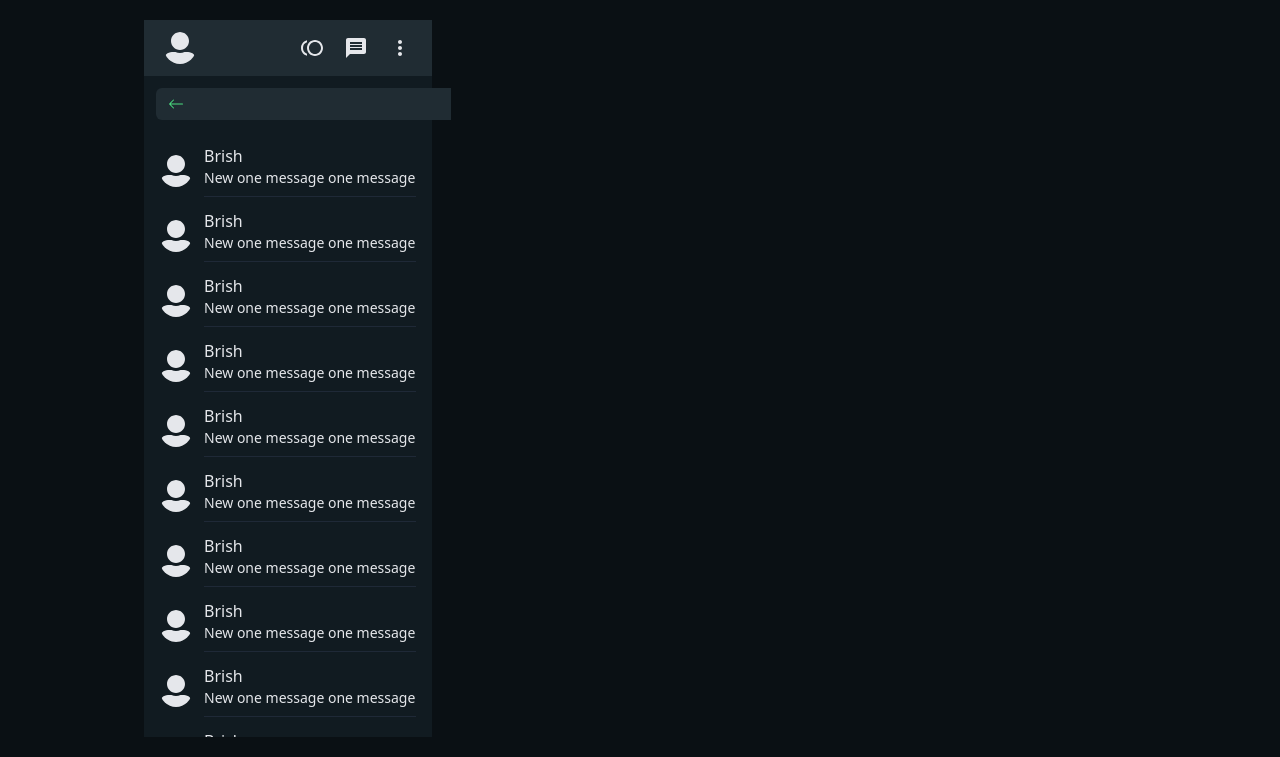
Repository: satya-ranjon/whatsapp-clone-dev
Page: /
An editor plug-in stored every save of this project. The page is shown before and after the next save, followed by the edit.
The browser window is 1280 px wide. The pictures show the whole page.
The project was rebuilt for these pictures with package versions that can differ from the ones it lists, and the page was loaded fresh each time.

Above is the page before, as saved 2022-04-09 07:22:56.

After the next save:
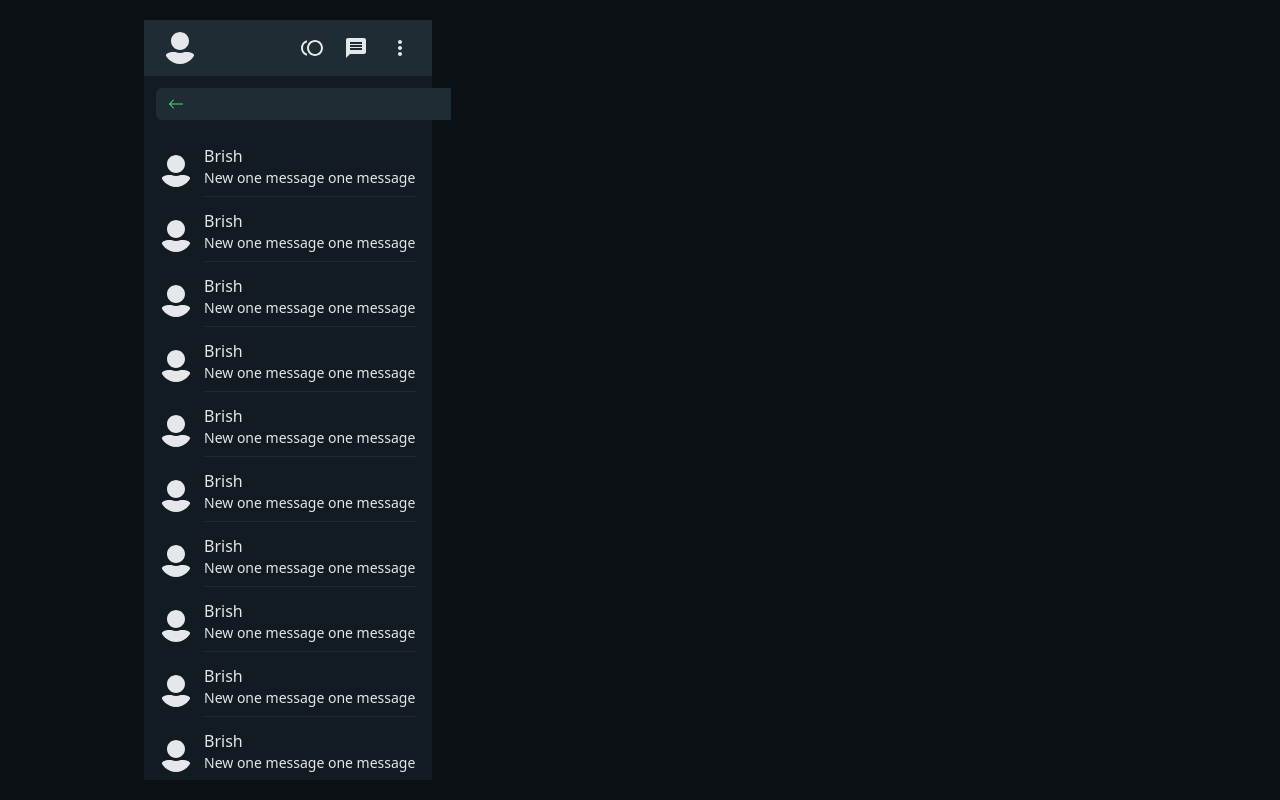
Saved 86 s later.
--- a/src/Components/SideBarUseList.jsx
+++ b/src/Components/SideBarUseList.jsx
@@ -35,7 +35,7 @@
           </label>
         </div>
       </div>
-      <div className="bg-[#111b21] overflow-y-scroll scroll-my-1 h-[84vh] scrollbar scrollbar-thumb-gray-400 scrollbar-thin text-gray-200 duration-500 transition-all">
+      <div className="bg-[#111b21] overflow-y-scroll scroll-my-1 h-[84vh] lg:h-[90vh] scrollbar scrollbar-thumb-gray-400 scrollbar-thin text-gray-200 duration-500 transition-all">
         {array.map((i, index) => (
           <div
             key={index}

After the save that followed:
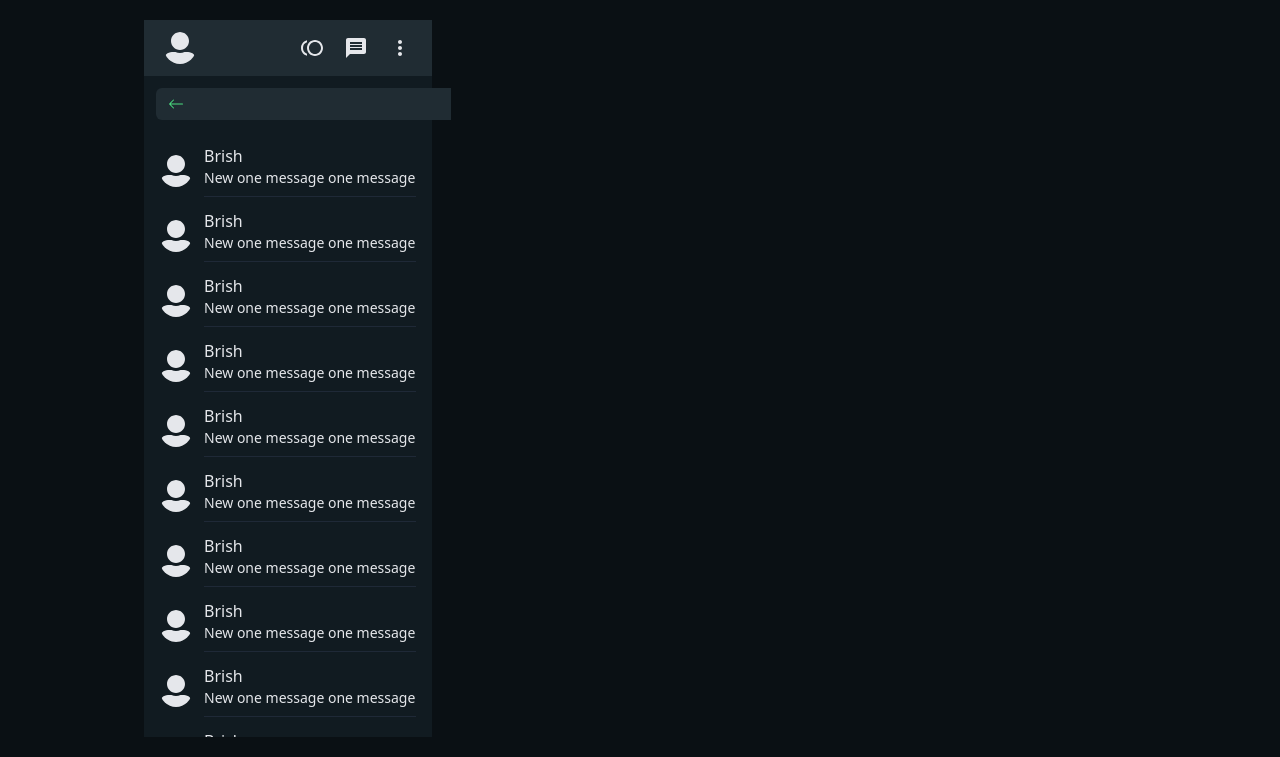
Saved 18 s later.
--- a/src/Components/SideBarUseList.jsx
+++ b/src/Components/SideBarUseList.jsx
@@ -35,7 +35,7 @@
           </label>
         </div>
       </div>
-      <div className="bg-[#111b21] overflow-y-scroll scroll-my-1 h-[84vh] lg:h-[90vh] scrollbar scrollbar-thumb-gray-400 scrollbar-thin text-gray-200 duration-500 transition-all">
+      <div className="bg-[#111b21] overflow-y-scroll scroll-my-1 h-[84vh] lg:h-[84vh] scrollbar scrollbar-thumb-gray-400 scrollbar-thin text-gray-200 duration-500 transition-all">
         {array.map((i, index) => (
           <div
             key={index}
